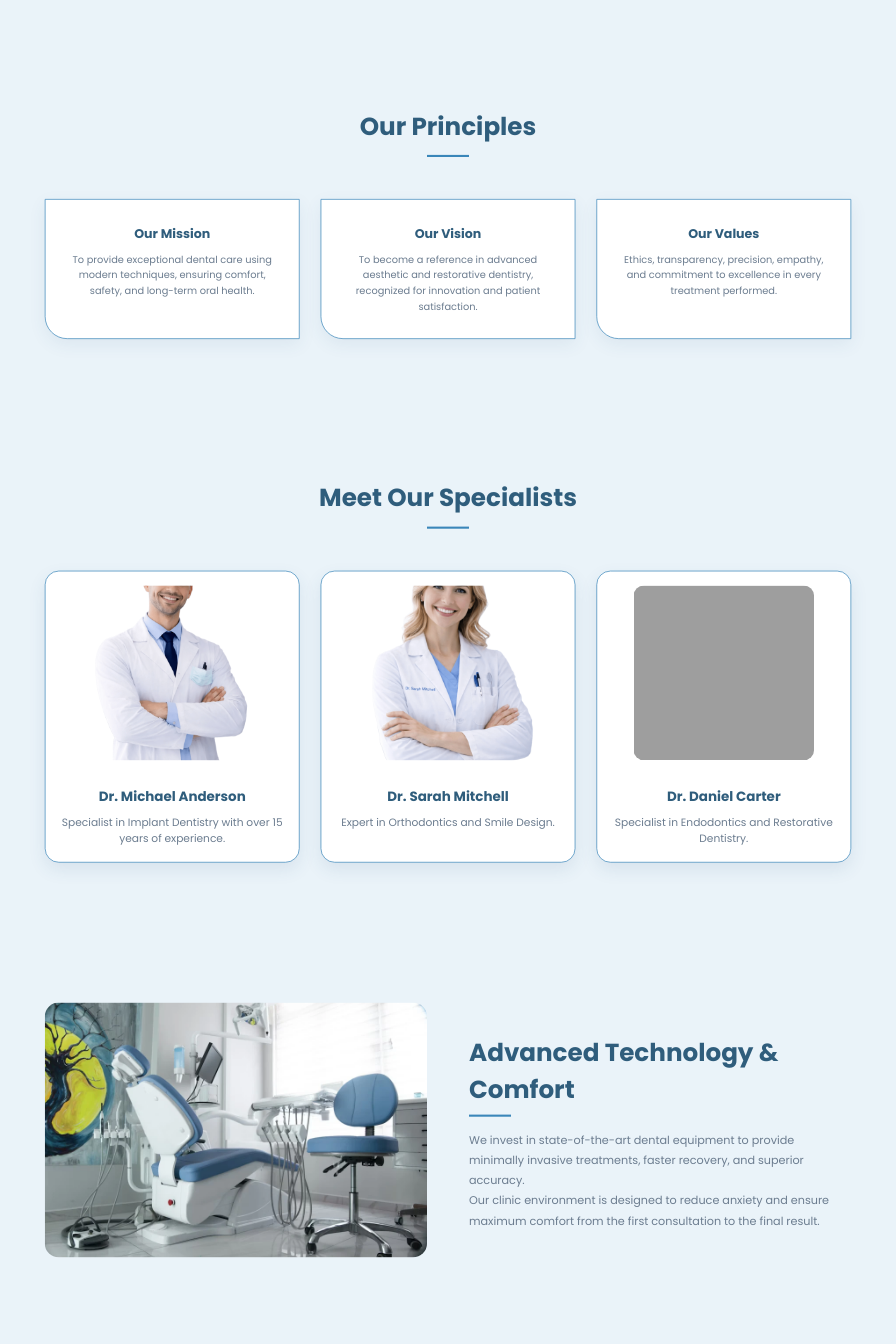
Repository: davidfsillva/OdontoPrime
Page: about.html
These files come from the project's save history. The page is drawn as it stood at one moment and after the next save; the edit follows.
The browser window is 1280 px wide. The pictures show the part of the page from y = 996 to 2916 px (the page is 3454 px tall), at 70% of full size.
Pictures or frames that could not be fetched are drawn as grey boxes. A picture or video elsewhere on the page could not be fetched, so the positions and the page height are approximate.

Above is the page before, as saved 2026-02-16 23:02:16.

### about.html
<!DOCTYPE html>
<html lang="en">
<head>
<meta charset="UTF-8">
<meta name="viewport" content="width=device-width, initial-scale=1.0">
<title>About - OdontoPrime Excellence</title>

<link rel="stylesheet" href="style.css">
<link href="https://fonts.googleapis.com/css2?family=Poppins:wght@300;400;600;700&display=swap" rel="stylesheet">
</head>


<body>

<!-- HEADER -->
<header>
    <div class="container nav-container">
        <div class="logo">OdontoPrime</div>

        <nav id="nav">
            <a href="index.html">Home</a>
            <a href="about.html" class="active">About</a>
            <a href="services.html">Services</a>
            <a href="contact.html">Contact</a>
        </nav>

        <div class="menu-toggle" onclick="toggleMenu()">☰</div>
    </div>
</header>

<!-- HERO ABOUT -->
<section class="hero hero-about">
    <div class="container hero-content">
        <div class="hero-text">
            <h1>About OdontoPrime Excellence</h1>
            <p>
                Dedicated to delivering advanced dental care with precision,
                innovation, and a patient-centered approach.
            </p>
        </div>
    </div>
</section>

<!-- OUR STORY -->
<section class="about-preview">
    <div class="container about-grid">
        <div class="about-text">
            <h2>Our Story</h2>
            <p>
                Founded over a decade ago, OdontoPrime Excellence was created with a clear mission:
                to redefine modern dentistry through innovation, comfort, and excellence.
                Our clinic combines advanced technology with a humanized approach,
                ensuring each patient receives personalized and comprehensive care.
            </p>

            <p>
                Over the years, we have built a reputation for delivering long-lasting results,
                aesthetic precision, and preventive solutions that promote complete oral health.
            </p>
        </div>

        <div class="about-image">
            <img src="img/clinic-interior.webp" alt="Dental clinic interior">
        </div>
    </div>
</section>

<!-- MISSION VISION VALUES -->
<section class="departments">
    <div class="container">
        <h2>Our Principles</h2>

        <div class="dept-grid">

            <div class="card">
                <h3>Our Mission</h3>
                <p>
                    To provide exceptional dental care using modern techniques,
                    ensuring comfort, safety, and long-term oral health.
                </p>
            </div>

            <div class="card">
                <h3>Our Vision</h3>
                <p>
                    To become a reference in advanced aesthetic and restorative dentistry,
                    recognized for innovation and patient satisfaction.
                </p>
            </div>

            <div class="card">
                <h3>Our Values</h3>
                <p>
                    Ethics, transparency, precision, empathy, and commitment
                    to excellence in every treatment performed.
                </p>
            </div>

        </div>
    </div>
</section>

<!-- OUR TEAM -->
<section class="departments about-cards">
    <div class="container">
        <h2>Meet Our Specialists</h2>

        <div class="dept-grid">

            <div class="card">
                <img src="img/dr - Copia.png" alt="Lead dentist">
                <h3>Dr. Michael Anderson</h3>
                <p>Specialist in Implant Dentistry with over 15 years of experience.</p>
            </div>

            <div class="card">
                <img src="img/sara.png" alt="Orthodontist">
                <h3>Dr. Sarah Mitchell</h3>
                <p>Expert in Orthodontics and Smile Design.</p>
            </div>

            <div class="card">
                <img src="img/dentist3.webp" alt="Endodontist">
                <h3>Dr. Daniel Carter</h3>
                <p>Specialist in Endodontics and Restorative Dentistry.</p>
            </div>

        </div>
    </div>
</section>

<!-- WHY CHOOSE US EXTENDED -->
<section class="about-preview">
    <div class="container about-grid">

        <div class="about-image">
            <img src="img/photo.webp" alt="Dental technology">
        </div>

        <div class="about-text">
            <h2>Advanced Technology & Comfort</h2>
            <p>
                We invest in state-of-the-art dental equipment to provide
                minimally invasive treatments, faster recovery, and superior accuracy.
            </p>

            <p>
                Our clinic environment is designed to reduce anxiety and ensure
                maximum comfort from the first consultation to the final result.
            </p>
        </div>

    </div>
</section>

<!-- CALL TO ACTION -->
<section class="departments">
    <div class="container" style="text-align:center;">
        <h2>Ready to Transform Your Smile?</h2>
        <p style="max-width:600px; margin:20px auto; color:var(--text-medium);">
            Schedule your consultation today and discover a new standard of dental excellence.
        </p>

        <a href="contact.html" class="btn-view">Book Your Consultation</a>
    </div>
</section>

<!-- FOOTER -->
<footer>
    <p>© 2026 OdontoPrime - All Rights Reserved</p>
</footer>


<!-- BOTÃO VOLTAR AO TOPO -->
<a href="#" class="back-to-top" id="backToTop">↑</a>

<script src="script.js"></script>


</body>
</html>

### style.css
:root{

    --primary-blue: #2F5D7C;
    --secondary-blue: #4F7FA3;
    --accent-blue: #3A86B9;

    --bg-light: #EAF3F9;
    --white: #FFFFFF;
    --off-white: #E6EEF5;

    --text-dark: #2E3A46;
    --text-medium: #6B7C8F;

    --hero-gradient-start: rgba(47, 93, 124, 0.95);
    --hero-gradient-end: rgba(79, 127, 163, 0.85);

    --shadow-soft: 0 5px 20px rgba(47, 93, 124, 0.08);
}

*{
    margin:0;
    padding:0;
    box-sizing:border-box;
    font-family:'Poppins', sans-serif;
}

body{
    background:var(--bg-light);
    color:var(--text-dark);
}

.container{
    width:90%;
    max-width:1200px;
    margin:auto;
}

/* HEADER */

nav{
    display:flex;
    align-items:center;
}

header{
    position:absolute;
    width:100%;
    padding:25px 0;
    z-index:1000;
    background:transparent;
}

.nav-container{
    display:flex;
    justify-content:space-between;
    align-items:center;
}

.logo{
    font-weight:700;
    font-size:1.9rem;
    color:var(--white);
    text-shadow: 0 3px 8px rgba(0, 0, 0, 0.5);
}

nav a{
    margin-left:25px;
    text-decoration:none;
    color:var(--white);
    font-weight:500;
    transition:0.3s;
}

nav a:hover{
    color:var(--accent-blue);
}

.menu-toggle{
    display:none;
    font-size:24px;
    cursor:pointer;
    color:var(--white);
}

nav a.active{
    color: var(--accent-blue);
    font-weight: 600;
    position: relative;
}

/* HERO */

.hero{
    min-height:100vh;
    display:flex;
    align-items:center;
    background:
    linear-gradient(to right,
    rgba(79, 127, 163, 0.438),
    rgba(58, 134, 185, 0.048)),
    url('img/hero.webp') center/cover no-repeat;
    color:var(--white);
    padding:0 0;
    position:relative;
}

.hero-content{
    width:100%;
}

.hero-text{
    max-width:600px;
}

.hero h1{
    font-size:2.8rem;
    margin-bottom:20px;
    font-weight:700;
    line-height:1.2;
    text-shadow: 0 3px 8px rgba(0, 0, 0, 0.5);
}

.hero p{
    margin-bottom:25px;
    max-width:500px;
    font-size:16px;
    line-height:1.6;
    color:var(--white);
    text-shadow: 0 3px 8px rgba(0, 0, 0, 0.5);
}

.hero-about{
    background: var(--primary-blue);
    min-height: 60vh;
}


/* HERO STATS */

.hero-stats{
    position:absolute;
    bottom:0px;
    left:60%;
    transform:translateX(-50%);
    width:90%;
    max-width:1100px;
    display:grid;
    grid-template-columns:repeat(auto-fit, minmax(180px,1fr));
    gap:20px;
    padding:25px 40px;
    background:rgba(255,255,255,0.15);
    backdrop-filter:blur(15px);
    -webkit-backdrop-filter:blur(15px);
    border-radius:20px 0px 0px 0px;
    border:1px solid rgba(255,255,255,0.2);
}

.stat-item{
    text-align:center;
    color:var(--white);
}

.stat-item h2{
    font-size:2rem;
    font-weight:700;
}

.stat-item p{
    font-size:0.9rem;
    opacity:0.9;
}

/* BUTTONS */

.btn{
    padding:14px 30px;
    background:var(--white);
    border:none;
    color:var(--primary-blue);
    font-weight:600;
    border-radius:30px;
    cursor:pointer;
    transition:0.3s;
}

.btn:hover{
    background:var(--accent-blue);
    color:var(--white);
    transform:translateY(-3px);
}

.btn-view {
    padding:14px 30px;
    background:var(--accent-blue);
    border:none;
    color:var(--white);
    font-weight:600;
    border-radius:30px;
    cursor:pointer;
    transition:0.3s;
    text-decoration: none;
    text-align: center;
    display: block;
    width: fit-content;
    margin:40px auto 0;
}

.btn-view:hover {
    transform: translateY(-5px);
    box-shadow: 0 15px 30px rgba(0,0,0,0.2);
}

/* ABOUT */
.about-image{
    position:relative;
    overflow:hidden;
}


.about-preview{
    padding:100px 0;
}

.about-grid{
    display:grid;
    grid-template-columns:1fr 1fr;
    gap:60px;
    align-items:center;
}

.about-text h2{
    font-size:2.2rem;
    color:var(--primary-blue);
    margin-bottom:20px;
    position:relative;
}

.about-text h2::after{
    content:"";
    width:60px;
    height:3px;
    background:var(--accent-blue);
    display:block;
    margin-top:10px;
}

.about-text p{
    font-size:16px;
    line-height:1.8;
    color:var(--text-medium);
}

.about-grid img:not(.lead-dentist){
    width:100%;
    border-radius:20px;
}

.lead-dentist {
    border-radius: 30px; /* cantos arredondados */
    width: 60%;
    height: auto;
    margin: 0 auto;
    box-shadow: 0 8px 20px rgba(0,0,0,0.2); /* opcional: sombra suave */
    display: flex;
    justify-content: center; /* centraliza horizontalmente */
    align-items: center;     /* centraliza verticalmente se tiver altura */
}

/* DEPARTMENTS */

.departments{
    padding:100px 0;
}

.departments h2{
    text-align:center;
    font-size:2.2rem;
    color:var(--primary-blue);
    margin-bottom:60px;
    position:relative;
}

.departments h2::after{
    content:"";
    width:60px;
    height:3px;
    background:var(--accent-blue);
    display:block;
    margin:15px auto 0;
}

.dept-grid{
    display:grid;
    grid-template-columns: repeat(auto-fit, minmax(280px, 1fr));
    gap:30px;
}


.card {
    background:var(--white);
    padding:35px 25px;
    text-align:center;
    border-radius:18px;
    box-shadow:0 8px 25px rgba(47,93,124,0.08);
    transition:0.3s ease;


    border-radius: 0 0 0 32px;
    border:1px solid #3A86B9;

}

.why-card{
    border: none;
}


.card:hover{
    transform:translateY(-6px);
    box-shadow:0 15px 35px rgba(47,93,124,0.15);
}

.card img{
    width:60px;
    margin-bottom:15px;
}

.card h3{
    font-size:18px;
    margin-bottom:12px;
    color:var(--primary-blue);
}

.card p{
    font-size:14px;
    line-height:1.6;
    color:var(--text-medium);
}

/* WHY SECTION FULL IMAGE CARDS */

.why-card {
    position: relative;
    overflow: hidden;
    padding: 0;
    height: 350px;
    border-radius: 20px;
}

.why-card img {
    width: 100%;
    height: 100%;
    object-fit: cover;
    display: block;
}

.why-card .card-content {
    position: absolute;
    bottom: 0;
    width: 100%;
    padding: 25px;
    background: linear-gradient(
        to top,
        rgba(0,0,0,0.75),
        rgba(0,0,0,0.2)
    );
    color: var(--white);
}

.why-card h3 {
    margin-bottom: 8px;
    color: var(--white);
}

.why-card p {
    color: rgba(255,255,255,0.9);
    font-size: 14px;
}


/* WHY US */

.why-us{
    padding:100px 0;
    background:var(--white);
}

.why-us h2{
    text-align:center;
    font-size:2.2rem;
    margin-bottom:60px;
    color:var(--primary-blue);
    position:relative;
}

.why-us h2::after{
    content:"";
    width:60px;
    height:3px;
    background:var(--accent-blue);
    display:block;
    margin:15px auto 0;
}

.contact-grid{
    display:grid;
    grid-template-columns:1fr 1fr;
    gap:60px;
    align-items:start;
}

/* BOTÃO VOLTAR AO TOPO */
.back-to-top {
    position: fixed;       /* fixa na tela */
    bottom: 30px;          /* distância do rodapé */
    right: 30px;           /* distância da borda direita */
    background: var(--accent-blue);
    color: var(--white);
    padding: 12px 18px;
    border-radius: 50px;   /* deixa arredondado */
    text-decoration: none;
    font-weight: 600;
    font-size: 12px;
    box-shadow: 0 8px 20px rgba(0,0,0,0.2);
    transition: 0.3s;
    opacity: 0;            /* inicialmente invisível */
    pointer-events: none;  /* não clicável até aparecer */
    z-index: 1000;
}

.back-to-top:hover {
    background: var(--off-white);
    transform: translateY(-3px);
    color: black;
}

/* quando visível */
.back-to-top.show {
    opacity: 1;
    pointer-events: auto;
}

/* CARDS ESPECÍFICOS DA PÁGINA ABOUT */
.departments.about-cards .card {
    border-radius: 20px;
    padding: 20px;
    box-shadow: 0 10px 25px rgba(47,93,124,0.1);
    transition: transform 0.3s ease, box-shadow 0.3s ease;
    text-align: center;
}

/* Hover */
.departments.about-cards .card:hover {
    transform: translateY(-5px);
    box-shadow: 0 15px 35px rgba(47,93,124,0.2);
}

/* Card titles and text */
.departments.about-cards .card h3 {
    font-size: 1.2rem;
    color: var(--primary-blue);
    margin: 15px 0 10px;
}

.departments.about-cards .card p {
    font-size: 0.95rem;
    line-height: 1.6;
    color: var(--text-medium);
}

/* Imagem maior e proporcional */
.departments.about-cards .card img {
    width: 80%;          /* ocupa toda a largura do card */
    height: 250px;        /* altura maior */
    object-fit: cover;    /* mantém proporção e recorta excesso */
    border-radius: 15px;  /* cantos arredondados */
    margin-bottom: 15px;  /* separação do texto */
}






/* FOOTER */

footer{
    background:var(--primary-blue);
    color:var(--white);
    text-align:center;
    padding:30px;
    font-size:14px;
}

/* RESPONSIVE */

/* =========================
   RESPONSIVE
========================= */
@media (max-width: 768px) {

    /* NAVIGATION */
    nav {
        position: absolute;
        top: 80px;
        right: 0;
        background: var(--white);
        flex-direction: column;
        width: 200px;
        display: none;
        box-shadow: var(--shadow-soft);
    }

    nav a {
        padding: 15px;
        margin: 0;
        border-bottom: 1px solid var(--off-white);
        color: var(--text-dark);
    }

    nav.active {
        display: flex;
    }

    .menu-toggle {
        display: block;
    }

        /* HERO INTERNO (about, services, contact) */
    .hero-about,
    .hero-services,
    .hero-contact {
        min-height: 45vh;
        display: flex;
        align-items: center;
        justify-content: center;
        text-align: center;
        padding: 100px 20px 40px;
    }

    .hero-about h1,
    .hero-services h1,
    .hero-contact h1 {
        font-size: 1.6rem;
    }

    .hero-about p,
    .hero-services p,
    .hero-contact p {
        font-size: 0.95rem;
        max-width: 100%;
        margin: 0 auto;
    }

    /* ABOUT GRID */
    .about-grid {
        grid-template-columns: 1fr;
        gap: 30px;
        text-align: center;
    }

    .about-text h2 {
        font-size: 1.6rem;
    }

    /* DEPARTMENTS / SERVICES GRID */
    .dept-grid {
        grid-template-columns: 1fr;
        gap: 20px;
    }

    .card {
        padding: 25px 20px;
    }

    /* WHY SECTION */
    .why-us {
        padding: 70px 0;
    }

    .why-card {
        height: 280px;
    }

    /* CONTACT PAGE (caso tenha form grid) */
    .contact-grid {
        grid-template-columns: 1fr;
        gap: 30px;
    }

    .contact-form input,
    .contact-form textarea {
        width: 100%;
    }

    .hero {
        flex-direction: column;
        justify-content: center;
        align-items: center;
        text-align: center;
        padding: 20px 20px 0;
        background:
            linear-gradient(to top,
            rgba(47, 93, 124, 0.048),
            rgba(47, 93, 124, 0.2)),
            url('img/hero-mobile.webp') center/cover no-repeat;
    }



    .hero h1 {
        font-size: 1.8rem;
    }

    .hero p {
        max-width: 100%;
    }

        .hero-stats {
        left: 50%;
        transform: translateX(-50%);
        width: 95%;
        max-width: 100%;
        border-radius: 20px 20px 0 0;
        padding: 10px 12px 10px;
        gap: 1px;
        grid-template-columns: repeat(2, 1fr);
    }

    .stat-item h2 {
        font-size: 1.4rem;
    }

    .stat-item p {
        font-size: 0.75rem;
    }



}

### script.js
// TOGGLE MENU MOBILE
function toggleMenu() {
    document.getElementById("nav").classList.toggle("active");
}

// BOTÃO VOLTAR AO TOPO
const backToTopButton = document.getElementById('backToTop');

// Mostrar o botão quando a página for rolada 300px ou mais
window.addEventListener('scroll', () => {
    if (window.scrollY > 300) {
        backToTopButton.classList.add('show');
    } else {
        backToTopButton.classList.remove('show');
    }
});

// Rolar suavemente até o topo ao clicar
backToTopButton.addEventListener('click', (e) => {
    e.preventDefault();
    window.scrollTo({ top: 0, behavior: 'smooth' });
});

After the next save:
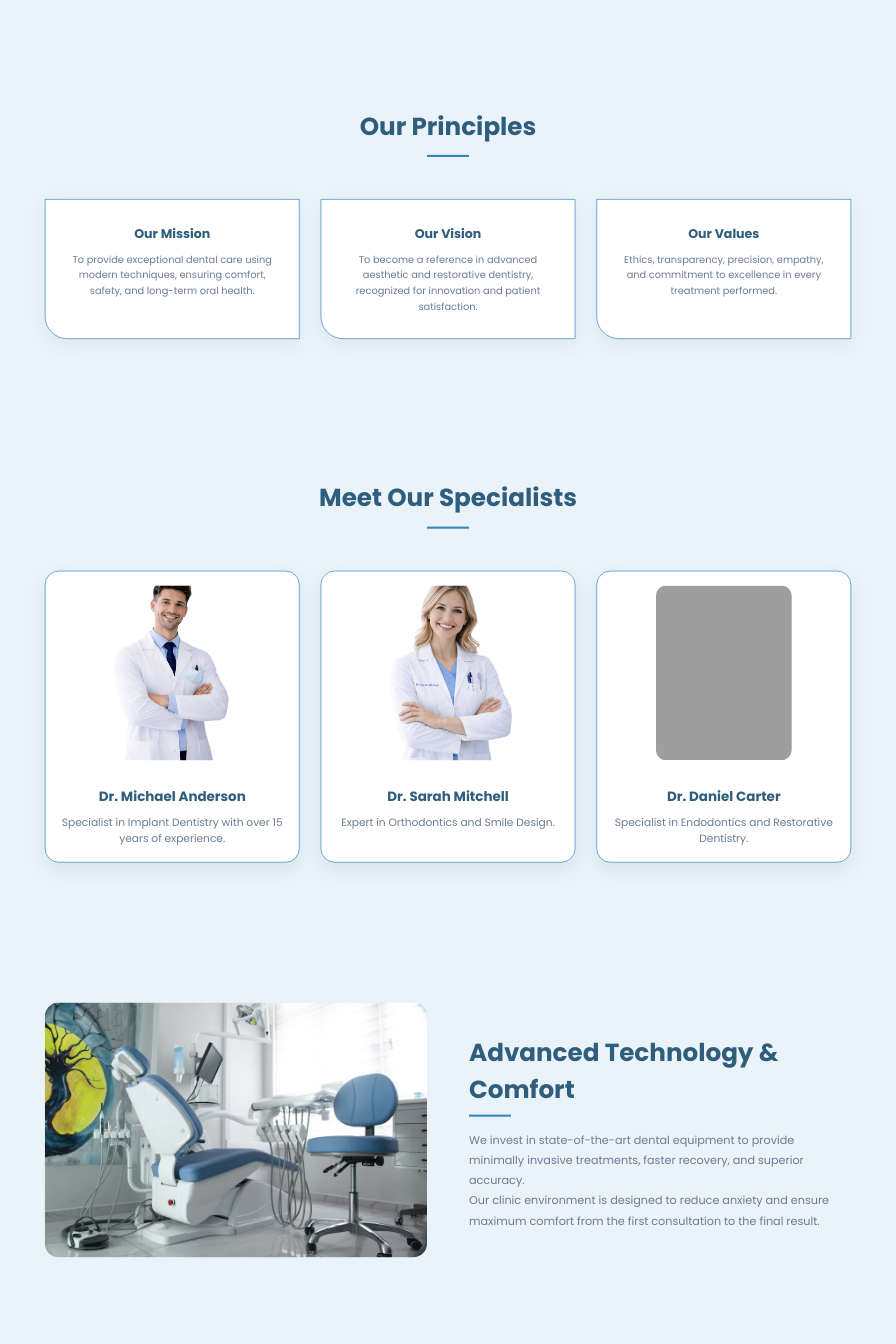
Saved 7 s later.
--- a/style.css
+++ b/style.css
@@ -470,7 +470,7 @@ nav a.active{
 
 /* Imagem maior e proporcional */
 .departments.about-cards .card img {
-    width: 80%;          /* ocupa toda a largura do card */
+    width: 60%;          /* ocupa toda a largura do card */
     height: 250px;        /* altura maior */
     object-fit: cover;    /* mantém proporção e recorta excesso */
     border-radius: 15px;  /* cantos arredondados */
